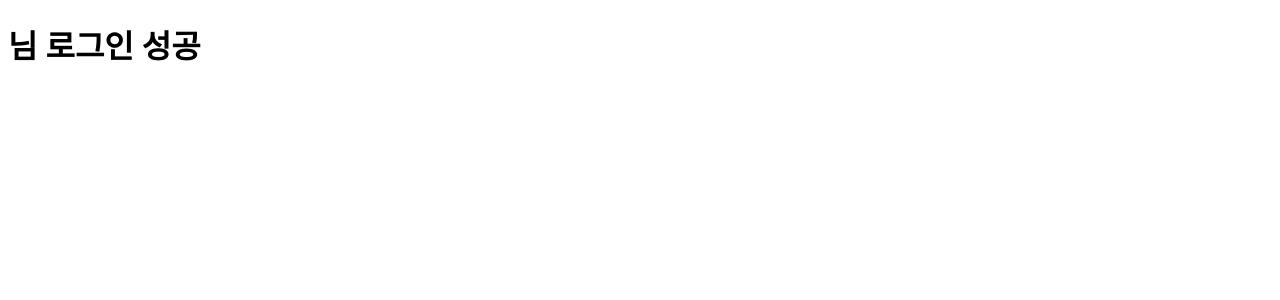
Repository: JaeYoon0935/lcom-servlet-jsp
Page: http://localhost/lcomputerstudy/user/login-result.jsp
These files come from the project's save history. The page is drawn as it stood at one moment and after the next save; the edit follows.
The browser window is 1280 px wide. The pictures show the whole page.
The page is served by Tomcat 9. Other server files are loaded and not shown.

Above is the page before, as saved 2020-09-21 02:44:35.

### lcomputerstudy/WebContent/user/login-result.jsp
<%@ page language="java" contentType="text/html; charset=UTF-8"
    pageEncoding="UTF-8"%>
<!DOCTYPE html>
<html>
<head>
<meta charset="UTF-8">
<title>로그인중입니다.</title>
</head>
<body>
<h1>${sessionScope.user.u_name }님 로그인 성공</h1>
</body>
</html>

After the next save:
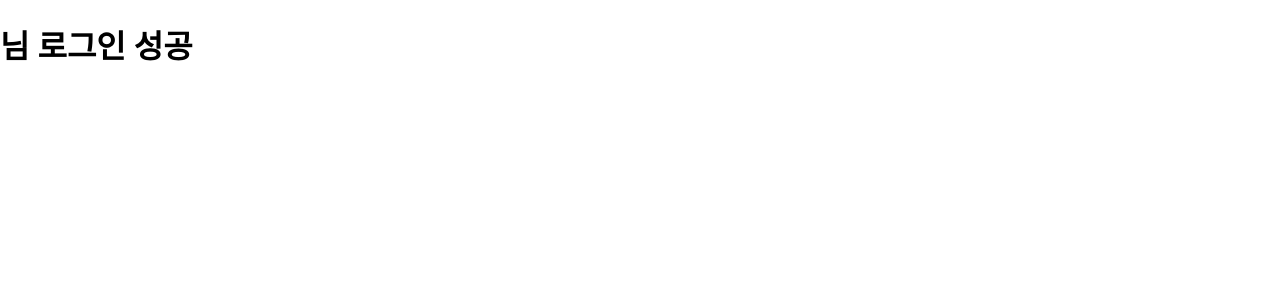
Saved 47 min 36 s later.
--- a/lcomputerstudy/WebContent/user/login-result.jsp
+++ b/lcomputerstudy/WebContent/user/login-result.jsp
@@ -6,6 +6,43 @@
 <meta charset="UTF-8">
 <title>로그인중입니다.</title>
 </head>
+<style>
+	body {
+	margin:0;
+	padding:0;
+	}
+	div:nth-child(1){
+		background-color:rgba(75,189,217,0.1);
+		padding:10px 30px;
+		font-size:1.2rem;
+		font-weight:700;
+	}
+	div:nth=child(2){
+		width:200px;
+	}
+	div ul{
+		width:100%;
+		text-align:center;
+		list-style:none;
+		padding:0;
+	}
+	div ul li{
+		padding:10px;
+		font-size:1rem;
+		background-color:rgba(75,189,217,0.1);
+		border-radius:10px;
+		margin:10px;
+		font-weight:700;
+		box-shadow:2px 3px 3px #bbbbbb;
+	}
+	div ul li a {
+		text-decoration:none;
+		color:#333333;
+	}
+
+</style>
+
+
 <body>
 <h1>${sessionScope.user.u_name }님 로그인 성공</h1>
 </body>
